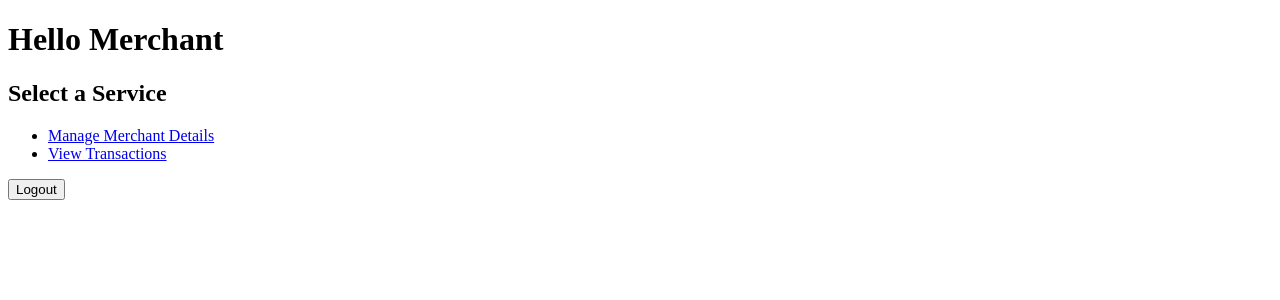
Repository: anusha-muthu/Credit-card-management
Page: Merchant/src/main/resources/static/merchant_home.html
An editor plug-in stored every save of this project. The page is shown before and after the next save, followed by the edit.
The browser window is 1280 px wide. The pictures show the whole page.

Above is the page before, as saved 2026-09-27 10:36:58.

### Merchant/src/main/resources/static/merchant_home.html
<!DOCTYPE html>
<html>

<head>
    <meta charset="UTF-8">
    <title>Merchant Home</title>
</head>

<body>

<h1>Hello Merchant</h1>

<h2>Select a Service</h2>

<ul>

    <li>
        <a href="/merchant_details.html">
            Manage Merchant Details
        </a>
    </li>

    <li>
        <a href="#">
            View Transactions
        </a>
    </li>

</ul>

<form action="/logout" method="post">

    <button type="submit">
        Logout
    </button>

</form>

</body>
</html>

After the next save:
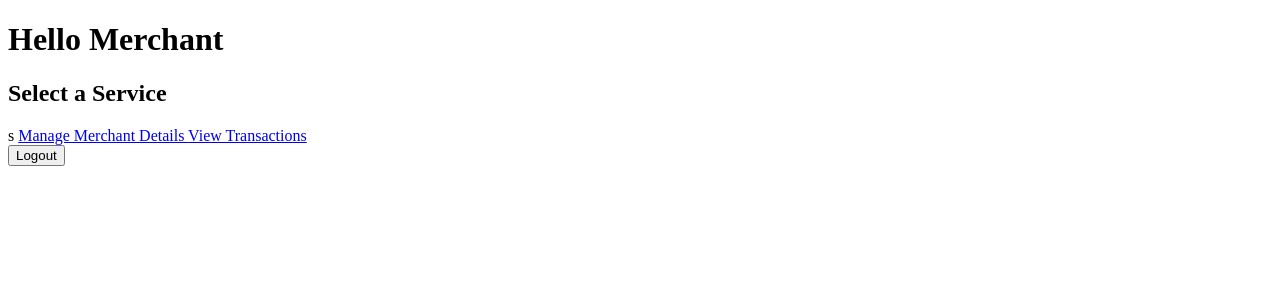
Saved 9 min 31 s later.
--- a/Merchant/src/main/resources/static/merchant_home.html
+++ b/Merchant/src/main/resources/static/merchant_home.html
@@ -11,22 +11,15 @@
 <h1>Hello Merchant</h1>
 
 <h2>Select a Service</h2>
-
-<ul>
-
-    <li>
+s
         <a href="/merchant_details.html">
             Manage Merchant Details
         </a>
-    </li>
 
-    <li>
         <a href="#">
             View Transactions
         </a>
-    </li>
 
-</ul>
 
 <form action="/logout" method="post">
 
